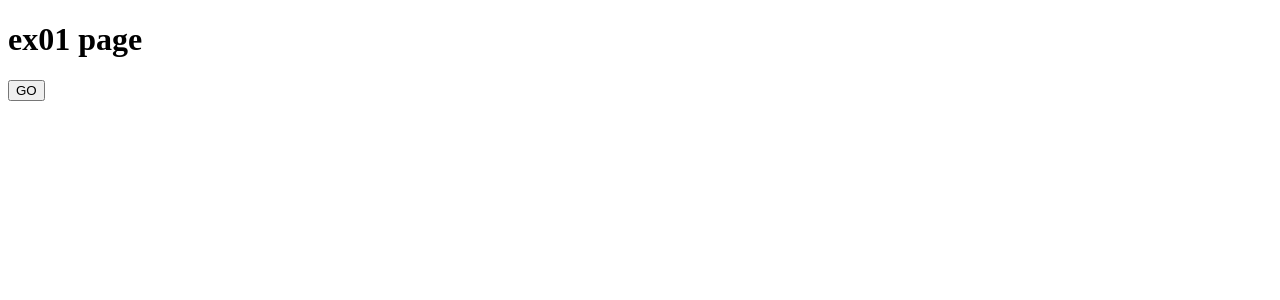
Repository: Deepsky110/LectureNotes
Page: http://localhost/web07/
These files come from the project's save history. The page is drawn as it stood at one moment and after the next save; the edit follows.
The browser window is 1280 px wide. The pictures show the whole page.
The page is served by Tomcat 9. Other server files are loaded and not shown.

Above is the page before, as saved 2020-07-07 01:16:29.

### web07/WebContent/ex01.jsp
<%@ page language="java" contentType="text/html; charset=EUC-KR"
    pageEncoding="EUC-KR"%>
<!DOCTYPE html PUBLIC "-//W3C//DTD HTML 4.01 Transitional//EN" "http://www.w3.org/TR/html4/loose.dtd">
<html>
<head>
<meta http-equiv="Content-Type" content="text/html; charset=EUC-KR">
<title>Insert title here</title>
</head>
<body>
	<h1>ex01 page</h1>
	<form action="ex02.html" method="post">
		<input type="submit" value="GO">
	</form>
</body>
</html>

After the next save:
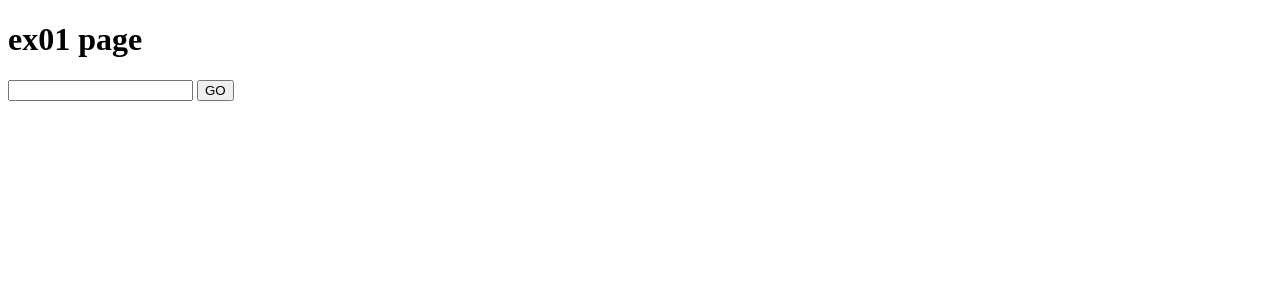
Saved 5 min 17 s later.
--- a/web07/WebContent/ex01.jsp
+++ b/web07/WebContent/ex01.jsp
@@ -9,6 +9,7 @@
 <body>
 	<h1>ex01 page</h1>
 	<form action="ex02.html" method="post">
+		<input type="text" name="msg">
 		<input type="submit" value="GO">
 	</form>
 </body>
